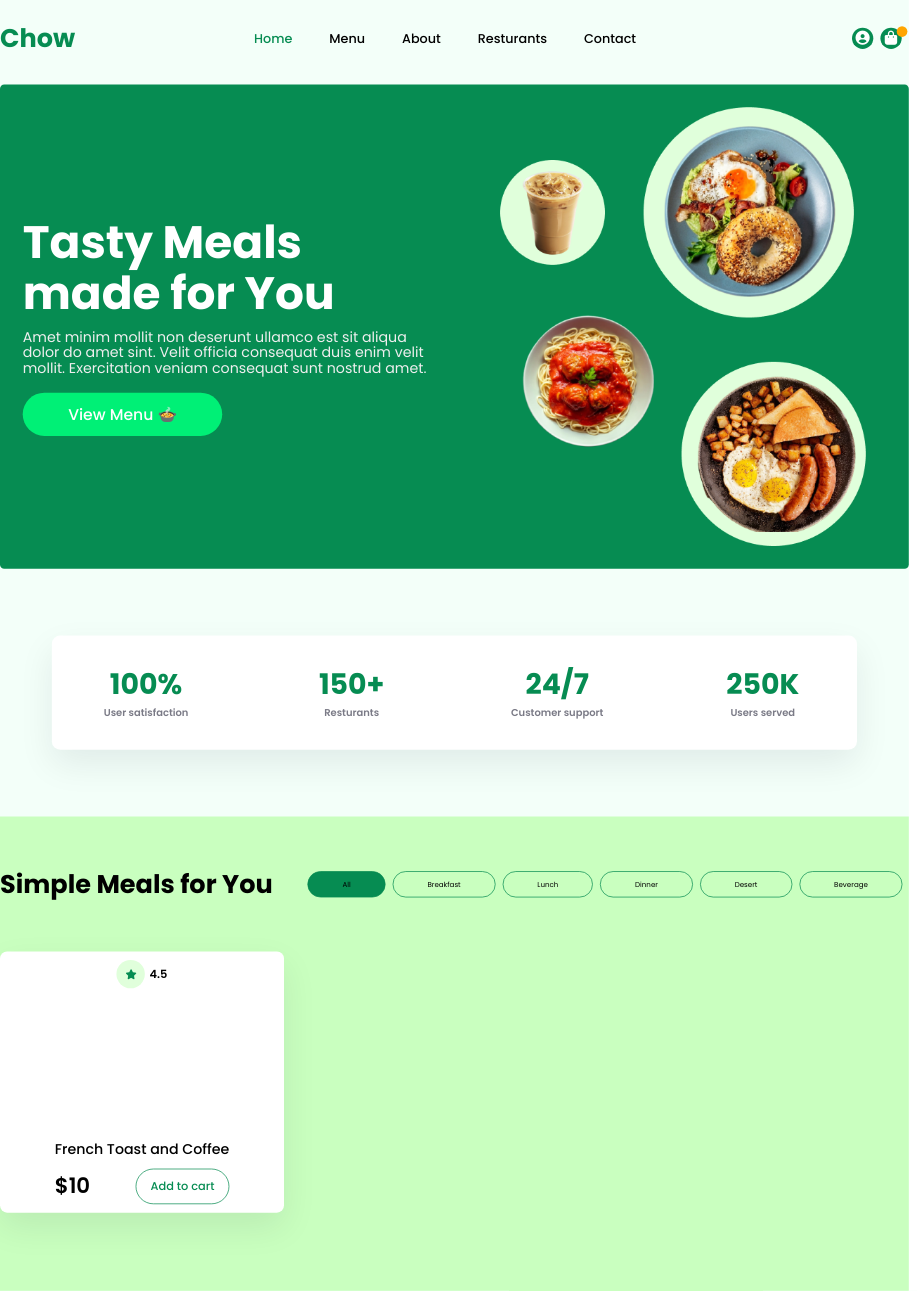
Repository: nguyennam1029/balbal
Page: index.html
An editor plug-in stored every save of this project. The page is shown before and after the next save, followed by the edit.
The browser window is 1280 px wide. The page is 1292 px wide, so the pictures cover 1292 px, including what lies to the right of the window. The pictures show the whole page, at 71% of full size.
Some web libraries are served in a nearby version.

Above is the page before, as saved 2022-07-01 22:28:49.

After the next save:
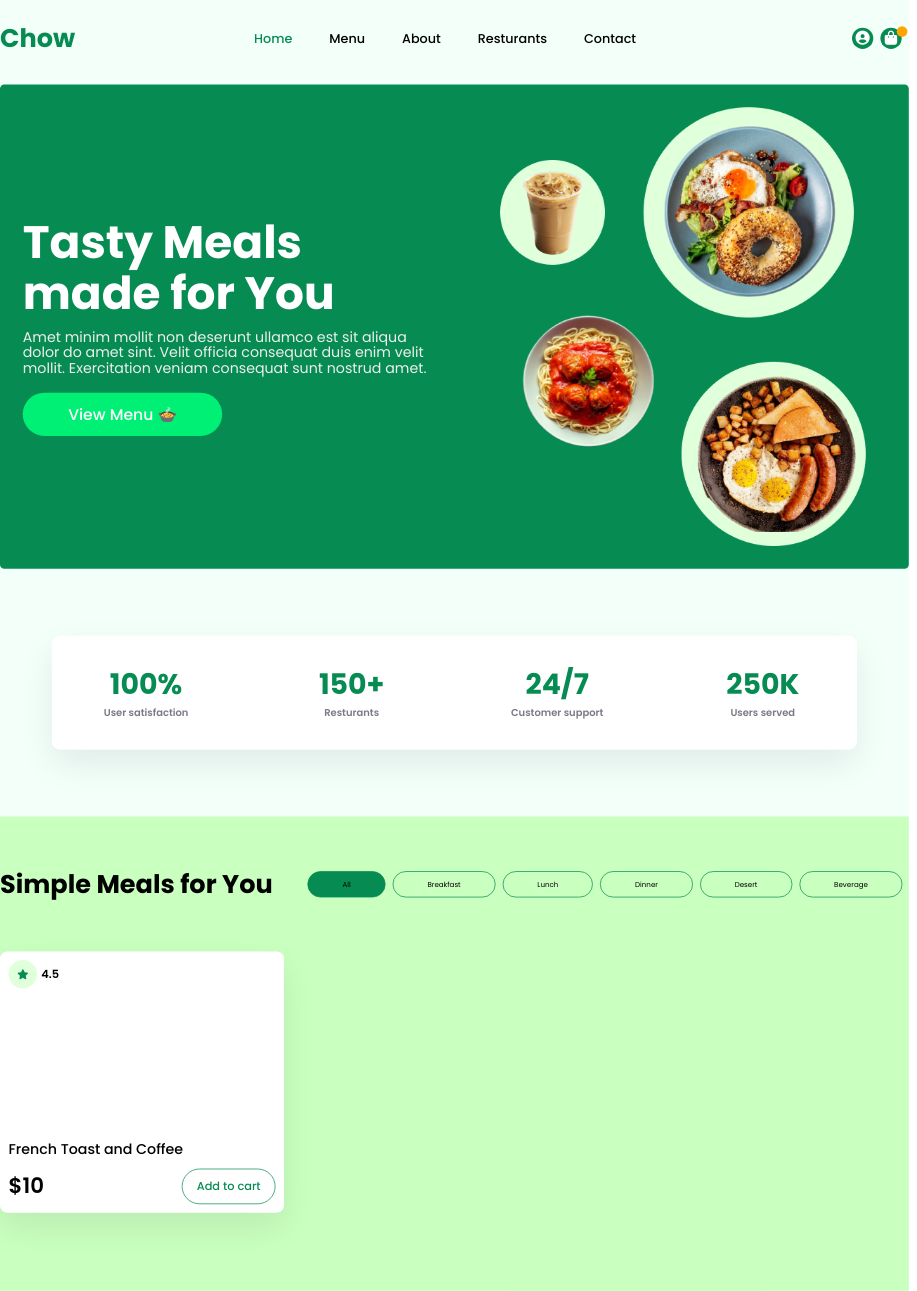
Saved 7 s later.
--- a/css/style.css
+++ b/css/style.css
@@ -283,8 +283,8 @@ ul {
     padding        : 12px;
     display        : flex;
     justify-content: space-between;
-    align-items    : center;
-    flex-direction : column;
+
+    flex-direction: column;
 }
 
 .product-item--rating {
